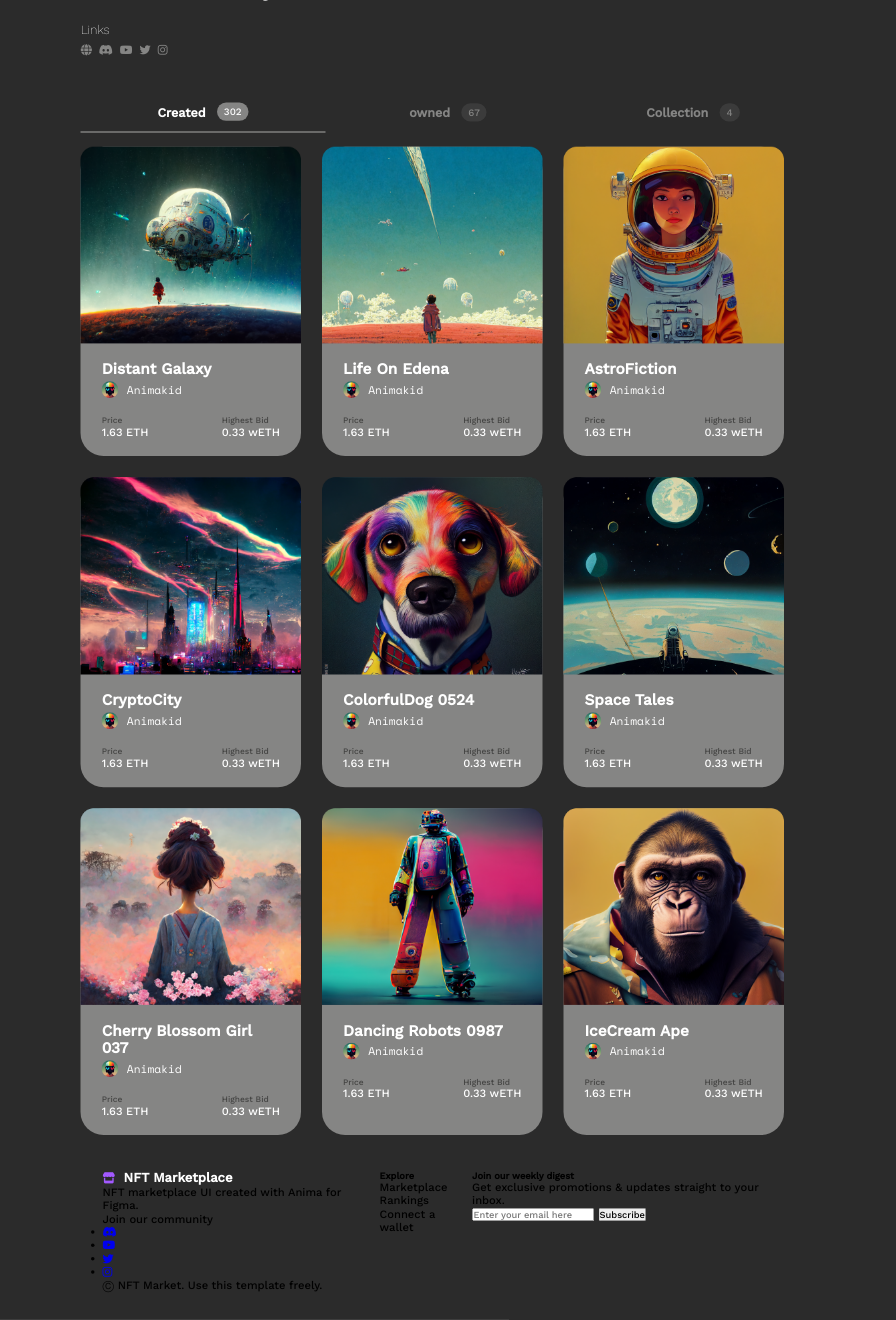
Repository: levananh202ht/NFT_Marketplace
Page: index.html
These files come from the project's save history. The page is drawn as it stood at one moment and after the next save; the edit follows.
The browser window is 1280 px wide. The pictures show the part of the page from y = 741 to 2661 px (the page is 2627 px tall before and 2661 px after), at 70% of full size.

Above is the page before, as saved 2023-12-10 16:37:11.

After the next save:
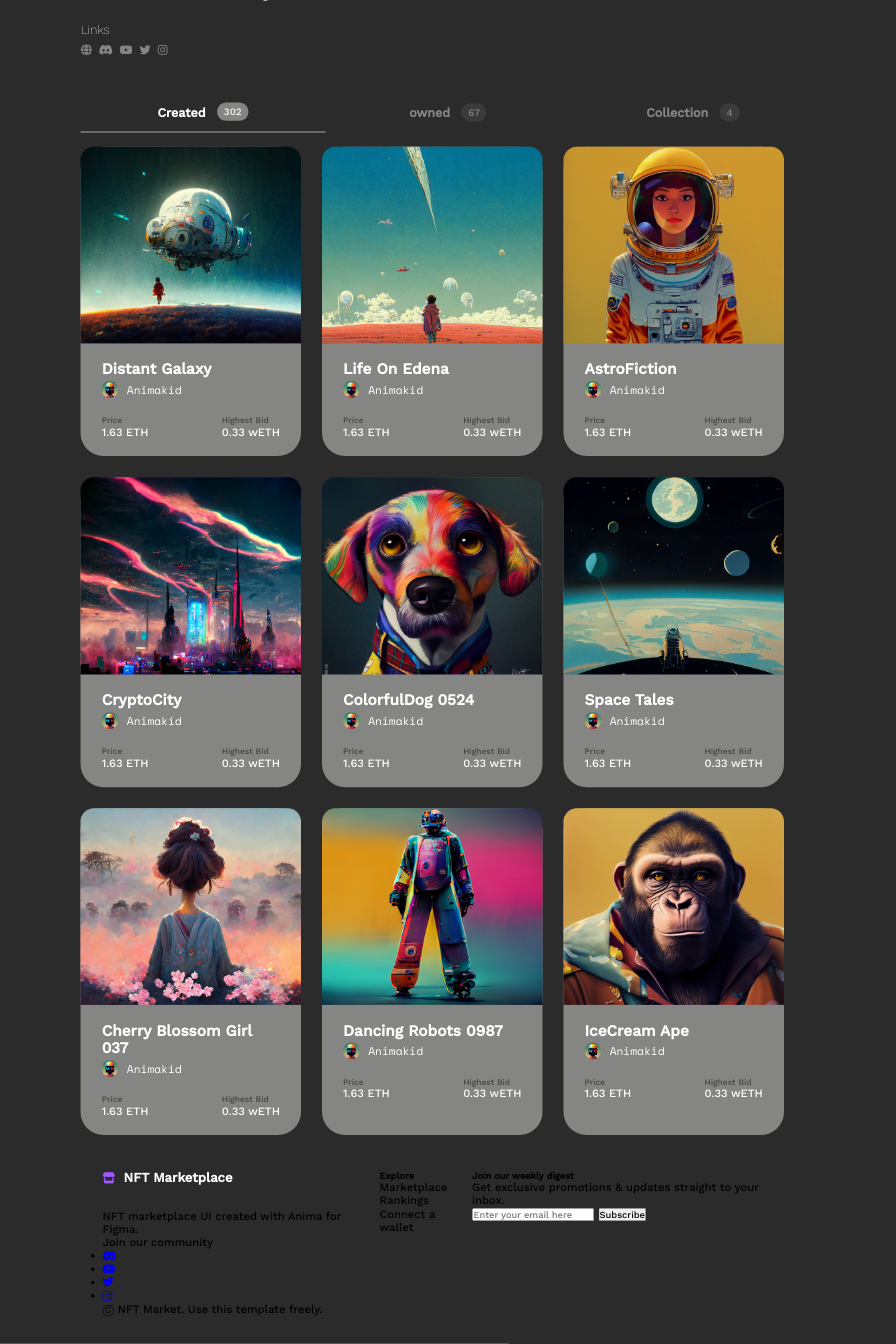
Saved 41 s later.
--- a/index.css
+++ b/index.css
@@ -261,6 +261,7 @@
 .nft_footer .nft_footer-info .nft_footer-info-item1 div {
     display: flex;
     align-items: center;
+    margin-bottom: 33.6px;
 }
 .nft_footer .nft_footer-info .nft_footer-info-item1 div i {
     color: #A259FF;
